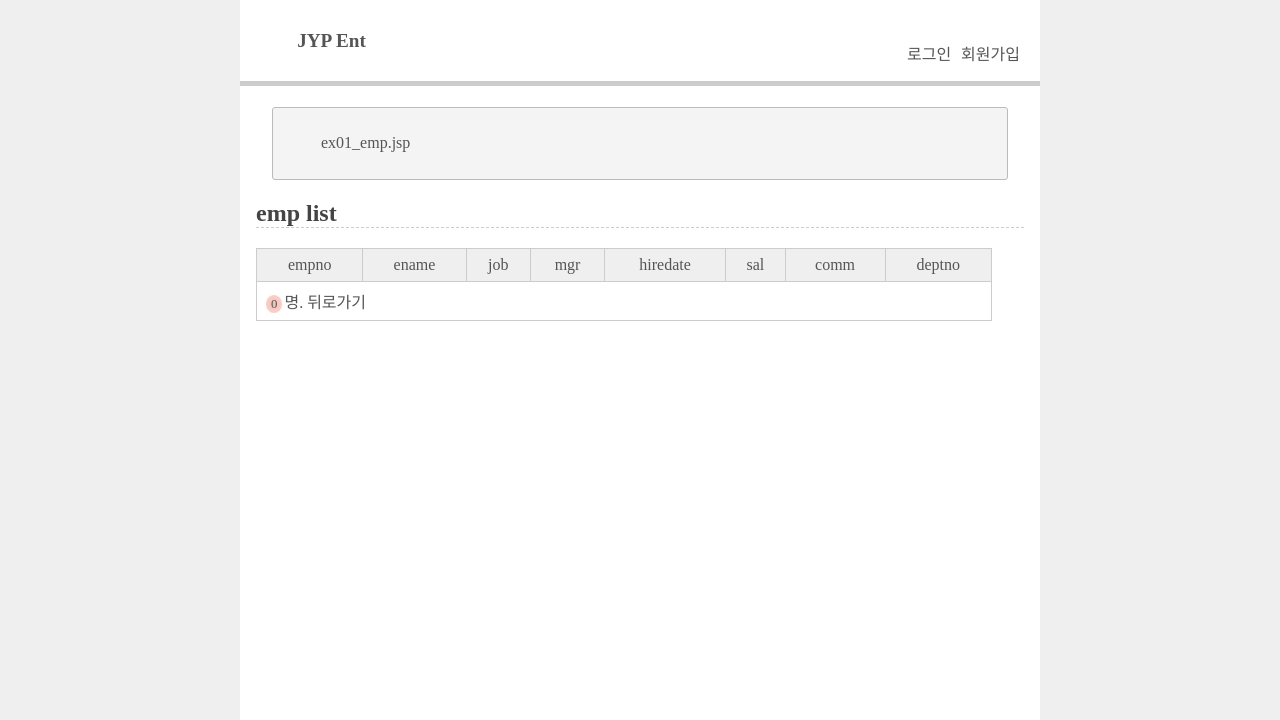
Repository: junyong231/JSP-SSIT
Page: http://localhost/jspPro/days02/ex01_emp.jsp
The author's editor kept a copy of each file at every save. The page is drawn from the files as they stood at one save, then again after the next save.
The browser window is 1280 px wide. The pictures show the whole page.
Some web fonts or font styles are not loaded; a fallback is used. The page is served by Tomcat 9. Queries for data that is not in the repository find no rows.

Above is the page before, as saved 2024-10-16 02:45:02.

After the next save:
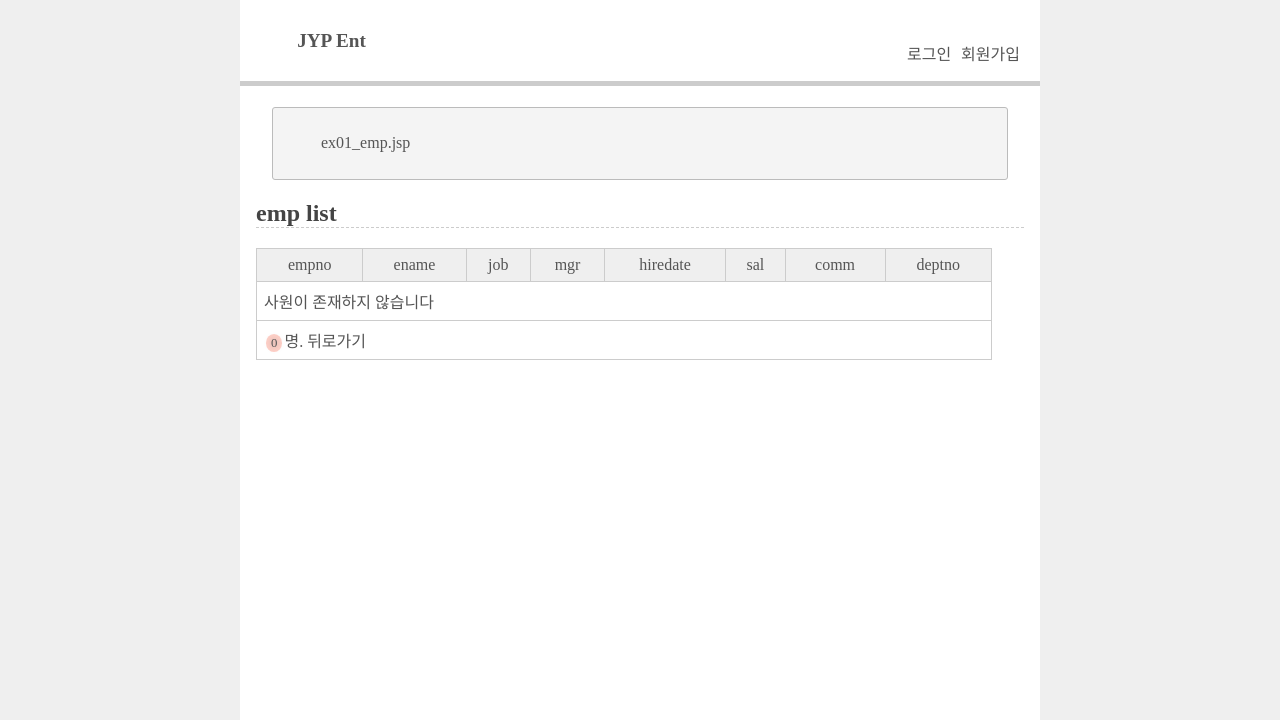
Saved 57 s later.
--- a/jspPro/src/main/webapp/days02/ex01_emp.jsp
+++ b/jspPro/src/main/webapp/days02/ex01_emp.jsp
@@ -141,6 +141,9 @@
 		<%
 			if( list == null ) {
 		%>
+		<tr>
+			<td colspan="8">사원이 존재하지 않습니다</td>
+		</tr>
 		<%
 			} else{
 		%>
